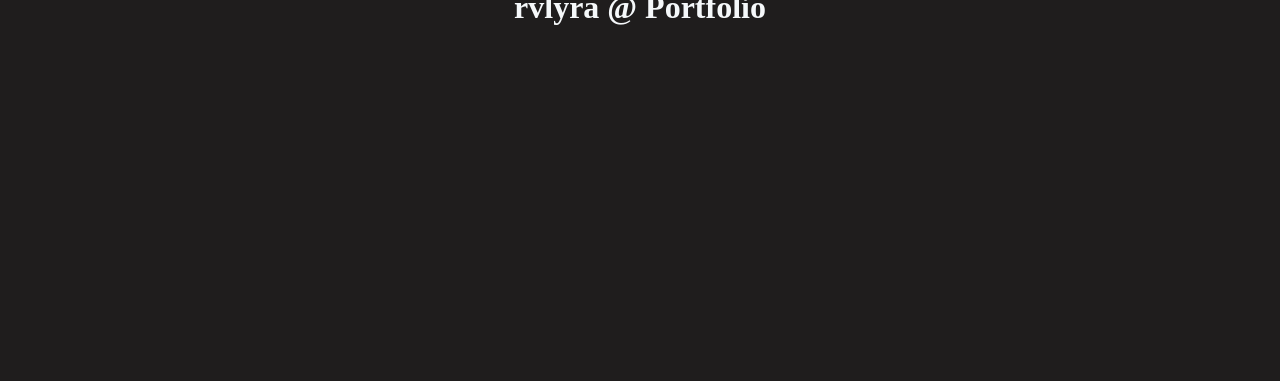
Repository: rvlyra/splash-screen-rvlyra
Page: Portfolio-RVLYRA/public/index.html
The author's editor kept a copy of each file at every save. The page is drawn from the files as they stood at one save, then again after the next save.
The browser window is 1280 px wide. The pictures show the whole page.
Some web fonts or font styles are not loaded; a fallback is used.

Above is the page before, as saved 2022-07-06 09:50:32.

### Portfolio-RVLYRA/public/index.html
<!DOCTYPE html>
<html lang="en">
<head>
    <meta charset="UTF-8">
    <meta http-equiv="X-UA-Compatible" content="IE=edge">
    <meta name="viewport" content="width=device-width, initial-scale=1.0">
    <link rel="stylesheet" href="../assets/src/css/rl.main.css">
    <title>rvlyra @ Portfolio</title>
</head>
<body>
    <div class="splash">
        <h1>rvlyra @ Portfolio</h1>
    </div>
    <main>

        <header class="header">
            <h1>rvlyra - Portfolio</h1>
        </header>

        <section class="sec-one">
            <h2>Em Desenvolvimento</h2>
            <p>Bem vindos ao espaço que contém um pouco de meu caminho como DEV.</p>
            <p>Lorem ipsum dolor sit amet consectetur, adipisicing elit. Nulla quaerat assumenda commodi, enim distinctio animi temporibus velit sint earum sunt aut quasi architecto? Praesentium quidem quaerat cumque iure debitis eveniet!</p>
        </section>
        <section>
            Aguarde...

        </section>



        <footer class="footer">
            <p>Copyright © rvlyra, de 2021 a <span id="ano"></span></p>
        </footer>

    </main>

      <script src="../assets/src/js/rl.main.js"></script>
</body>
</html>

### Portfolio-RVLYRA/assets/src/css/rl.main.css
@import url('https://fonts.googleapis.com/css2?family=Mingzat&display=swap');
@import url('./../../splash/splash.css');

* {
    margin: 0;
    padding: 0;
    box-sizing: border-box;
}

.header {
    font-family: 'Mingzat', sans-serif;
    display:flex;
    justify-content:center;
    align-items:center;
    box-shadow: 2px 2px 2px 2px rgba(0, 0, 0, 0.2);
}

main {
    background-color: rgb(240, 240, 234);
    width:100vw;
    height:100vh;
}

section {
    font-family: 'Mingzat', sans-serif;
    display:flex;
    justify-content:space-evenly;
    align-items:center;
    flex-direction: column;
    color: rgb(24, 23, 23);
    text-align: justify;
    margin: 5%;
    padding: 5%;
    border-radius: 5px;
    box-shadow: 1px 5px 10px 5px rgba(0, 0, 0, 0.13);

    background-color:rgb(255, 255, 255);

}

.footer {
    width: 100%;
    bottom: 0;
    position: fixed;
    text-align: center;
}

### Portfolio-RVLYRA/assets/src/js/rl.main.js
const ano = document.getElementById("ano");
const anoAtual = new Date();
ano.innerHTML = anoAtual.getFullYear();

### Portfolio-RVLYRA/assets/splash/splash.css
.splash {
    position: fixed;
    z-index: 100;
    top: 0;
    left: 0;
    width: 100%;
    height: 100vh;
    background-color:rgb(31, 29, 29);

    color: rgb(245, 248, 250);

    text-align: center;
    line-height: 90%;
}

After the next save:
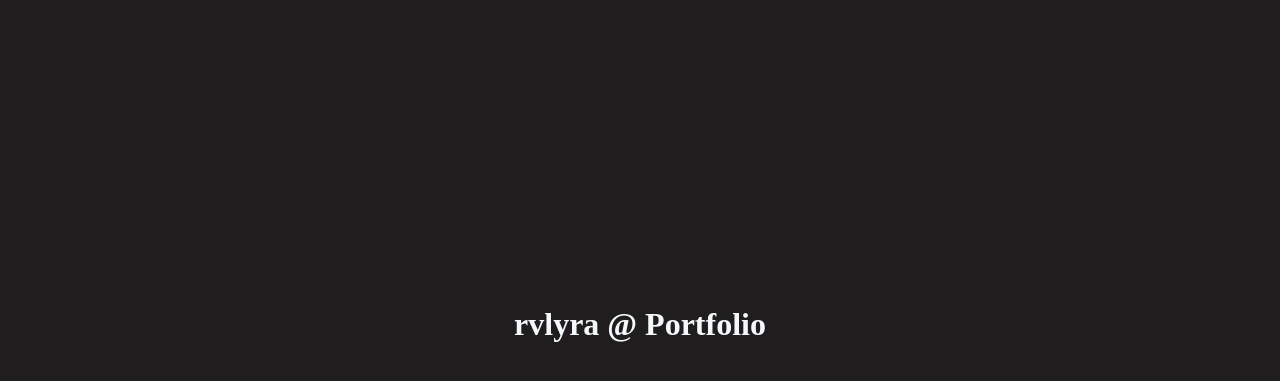
Saved 7 s later.
--- a/Portfolio-RVLYRA/assets/splash/splash.css
+++ b/Portfolio-RVLYRA/assets/splash/splash.css
@@ -10,5 +10,5 @@
     color: rgb(245, 248, 250);
 
     text-align: center;
-    line-height: 90%;
+    line-height: 90vh;
 }
